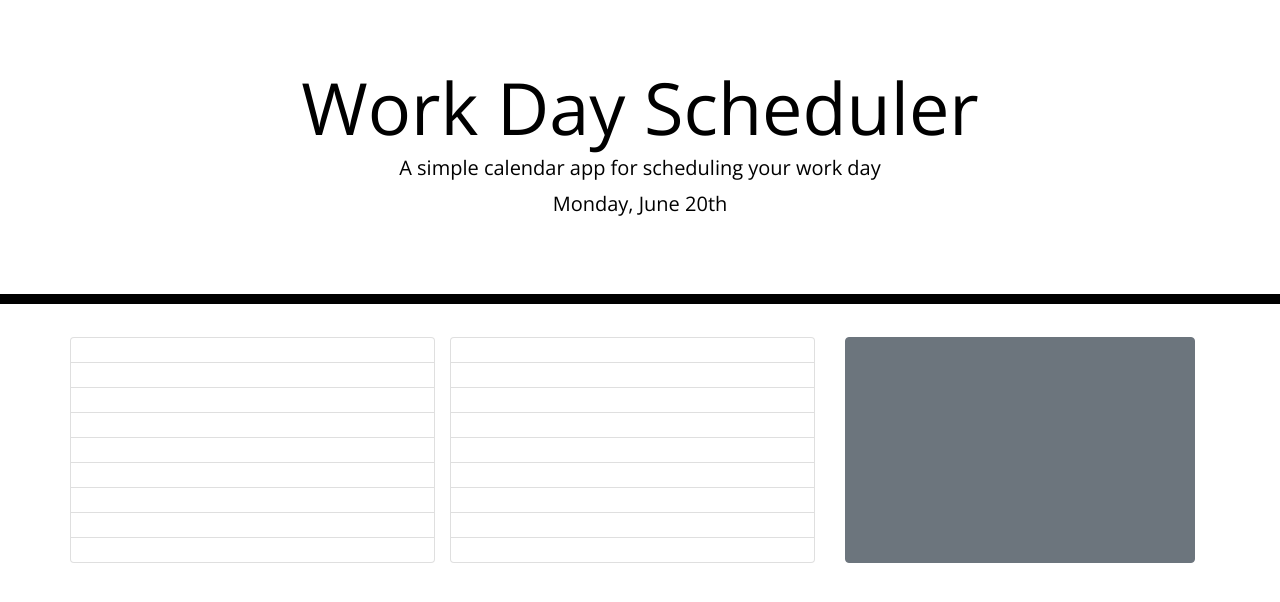
Repository: dtierney21/work-day-scheduler
Page: index.html
An editor plug-in stored every save of this project. The page is shown before and after the next save, followed by the edit.
The browser window is 1280 px wide. The pictures show the whole page.
Some web libraries are served in a nearby version.

Above is the page before, as saved 2022-06-28 12:02:10.

### index.html
<!DOCTYPE html>
<html lang="en">
  <head>
    <meta charset="UTF-8" />
    <meta name="viewport" content="width=device-width, initial-scale=1.0" />
    <meta http-equiv="X-UA-Compatible" content="ie=edge" />
    <link
      rel="stylesheet"
      href="https://stackpath.bootstrapcdn.com/bootstrap/4.3.1/css/bootstrap.min.css"
    />
    <link
      rel="stylesheet"
      href="https://use.fontawesome.com/releases/v5.8.1/css/all.css"
      integrity="sha384-50oBUHEmvpQ+1lW4y57PTFmhCaXp0ML5d60M1M7uH2+nqUivzIebhndOJK28anvf"
      crossorigin="anonymous"
    />
    <link
      href="https://fonts.googleapis.com/css?family=Open+Sans&display=swap"
      rel="stylesheet"
    />
    <link rel="stylesheet" href="./assets/css/style.css" />
    <title>Work Day Scheduler</title>
  </head>

  <body>
    <header class="jumbotron">
      <h1 class="display-3">Work Day Scheduler</h1>
      <p class="lead">A simple calendar app for scheduling your work day</p>
      <p id="currentDay" class="lead"></p>
    </header>
    <section class="container">
        <div class="row">
      <!-- Timeblocks go here -->
            <ul class="list-group col-4">
                <li class="list-group-item"></li>
                <li class="list-group-item"></li>
                <li class="list-group-item"></li>
                <li class="list-group-item"></li>
                <li class="list-group-item"></li>
                <li class="list-group-item"></li>
                <li class="list-group-item"></li>
                <li class="list-group-item"></li>
                <li class="list-group-item"></li>
            </ul>
            <ul class="list-group col-4">
                <li class="list-group-item"></li>
                <li class="list-group-item"></li>
                <li class="list-group-item"></li>
                <li class="list-group-item"></li>
                <li class="list-group-item"></li>
                <li class="list-group-item"></li>
                <li class="list-group-item"></li>
                <li class="list-group-item"></li>
                <li class="list-group-item"></li>
            </ul>
            <div class="btn-group-vertical col-4">
                <button type="button" class="btn btn-secondary"></button>
                <button type="button" class="btn btn-secondary"></button>
                <button type="button" class="btn btn-secondary"></button>
                <button type="button" class="btn btn-secondary"></button>
                <button type="button" class="btn btn-secondary"></button>
                <button type="button" class="btn btn-secondary"></button>
                <button type="button" class="btn btn-secondary"></button>
                <button type="button" class="btn btn-secondary"></button>
                <button type="button" class="btn btn-secondary"></button>
            </div>
        </div>
    </section>

    <script src="https://cdnjs.cloudflare.com/ajax/libs/jquery/3.5.1/jquery.min.js"></script>
    <script src="https://cdnjs.cloudflare.com/ajax/libs/moment.js/2.24.0/moment.min.js"></script>
    <script src="./assets/js/script.js"></script>
  </body>
</html>

### assets/css/style.css
body {
  font-family: 'Open Sans', sans-serif;
  font-size: 16px;
  line-height: 1;
}

textarea {
  background: transparent;
  border: none;
  resize: none;
  color: #000000;
  border-left: 1px solid black;
  padding: 10px;
}

.jumbotron {
  text-align: center;
  background-color: transparent;
  color: black;
  border-radius: 0;
  border-bottom: 10px solid black;
}

.description {
  white-space: pre-wrap;
}

.time-block {
  text-align: center;
  border-radius: 15px;
}

.row {
  white-space: pre-wrap;
  height: 80px;
  border-top: 1px solid white;
}

.hour {
  background-color: #ffffff;
  color: #000000;
  border-top: 1px dashed #000000;
}

.past {
  background-color: #d3d3d3;
  color: white;
}

.present {
  background-color: #ff6961;
  color: white;
}

.future {
  background-color: #77dd77;
  color: white;
}

.saveBtn {
  border-left: 1px solid black;
  border-top-right-radius: 15px;
  border-bottom-right-radius: 15px;
  background-color: #06aed5;
  color: white;
}

.saveBtn i:hover {
  font-size: 20px;
  transition: all 0.3s ease-in-out;
}

### assets/js/script.js
var now = moment();
console.log(now);

var currentDayEl = $('#currentDay');
var today = moment().format('dddd, MMMM Do');


currentDayEl.text(today);

After the next save:
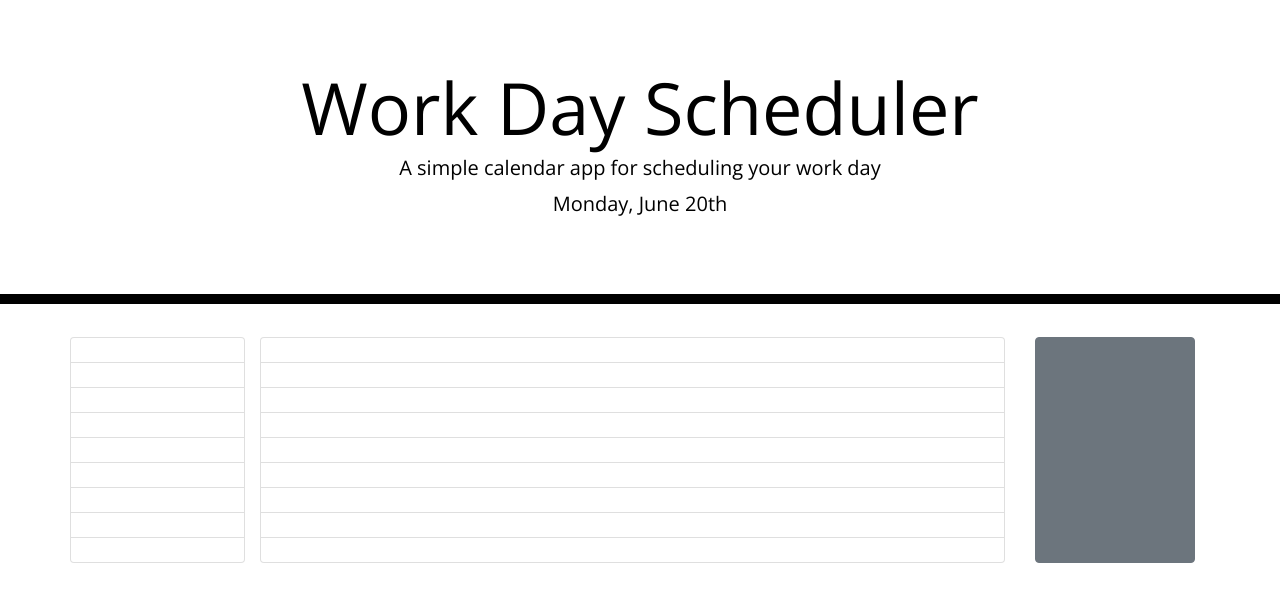
Saved 32 s later.
--- a/index.html
+++ b/index.html
@@ -31,7 +31,7 @@
     <section class="container">
         <div class="row">
       <!-- Timeblocks go here -->
-            <ul class="list-group col-4">
+            <ul class="list-group col-2">
                 <li class="list-group-item"></li>
                 <li class="list-group-item"></li>
                 <li class="list-group-item"></li>
@@ -42,7 +42,7 @@
                 <li class="list-group-item"></li>
                 <li class="list-group-item"></li>
             </ul>
-            <ul class="list-group col-4">
+            <ul class="list-group col-8">
                 <li class="list-group-item"></li>
                 <li class="list-group-item"></li>
                 <li class="list-group-item"></li>
@@ -53,7 +53,7 @@
                 <li class="list-group-item"></li>
                 <li class="list-group-item"></li>
             </ul>
-            <div class="btn-group-vertical col-4">
+            <div class="btn-group-vertical col-2">
                 <button type="button" class="btn btn-secondary"></button>
                 <button type="button" class="btn btn-secondary"></button>
                 <button type="button" class="btn btn-secondary"></button>
